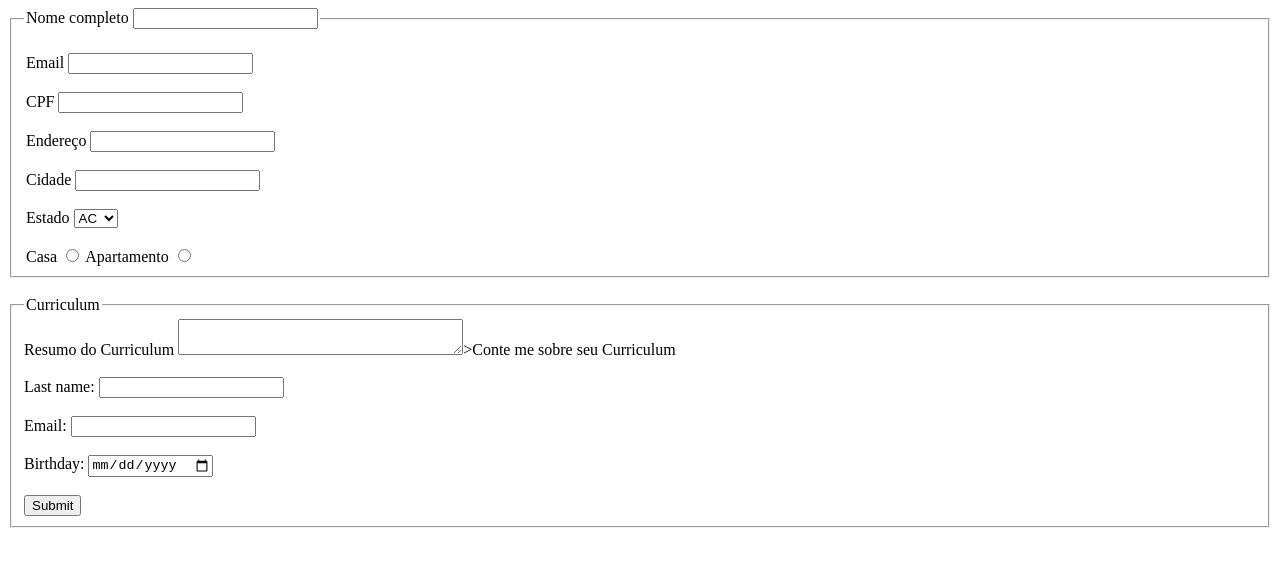
Repository: Parker9309/-trybe-exercises
Page: exercises/exercises-bloco6/html-e-css-forms-flexbox-e-responsivo_1/index.html
An editor plug-in stored every save of this project. The page is shown before and after a run of saves, followed by the edit.
The browser window is 1280 px wide. The pictures show the whole page.

Above is the page before, as saved 2021-03-16 20:21:25.

### exercises/exercises-bloco6/html-e-css-forms-flexbox-e-responsivo_1/index.html
<!DOCTYPE html>
<html lang="pt-br">
<head>
  <meta charset="UTF-8">
  <meta http-equiv="X-UA-Compatible" content="IE=edge">
  <meta name="viewport" content="width=device-width, initial-scale=1.0">
  <title>Document</title>
</head>
<body>
  <form>
    <div id="forms">
    <fieldset>
      <legend>
        <label form="nome"> Nome completo
          <input type = "text" name="nome" id="nome" maxlength="40" required>
        </label>
      </legend>

  <br>

    <legend>
      <label form="mail"> Email
        <input type = "text" name="nome" id="mail" maxlength="50" required>
      </label>
    </legend>

  <br>

    <legend>
      <label form="cpf"> CPF
        <input type = "text" name="nome" id="cpf" maxlength="11" required>
      </label>
    </legend>

<br>

  <legend>
    <label form="nome"> Endereço
      <input type = "text" name="nome" id="endereço" maxlength="200" required>
    </label>
  </legend>

<br>

  <legend>
    <label form="nome"> Cidade
      <input type = "text" name="nome" id="city" maxlength="28" required>
    </label>
  </legend>

<br>

  <legend>
    <label form="nome"> Estado
      <select name="nome" id="estados" required>
    </label>
  </legend>

<br>

  <legend>
    <label form="nome"> Estado
      <select name="nome" id="estados" required>
    </label>
  </legend>

<br>

  <legend>
      <label form="nome">Casa</label>
      <input type="radio" name="nome" id="Moradia" required>
      <label form="nome">Apartamento</label>
      <input type="radio" name="nome" id="Moradia" required>
  </legend>
</fieldset>
<br>
<fieldset>
  <legend>Curriculum</legend>
  <label for="fname">Resumo do Curriculum</label>
  <textarea type="text" id="fname" name="fname" ows="5" cols="33"></textarea>>Conte me sobre seu Curriculum
   </textarea><br><br>
  <label for="lname">Last name:</label>
  <input type="text" id="lname" name="lname"><br><br>
  <label for="email">Email:</label>
  <input type="email" id="email" name="email"><br><br>
  <label for="birthday">Birthday:</label>
  <input type="date" id="birthday" name="birthday"><br><br>
  <input type="submit" value="Submit">
</fieldset>
</div>
</form>
<script src = "script.js"></script>
</body>
</html>

### exercises/exercises-bloco6/html-e-css-forms-flexbox-e-responsivo_1/script.js
let opcoes = document.getElementById('estados');
function criarOpcoes() {
  let estadosBr = ['AC', 'AL', 'AP','AM', 'BA','CE', 'DF',
  'ES', 'GO', 'MA', 'MT', 'MS', 'MG', 'PA', 'PB', 'PR','PE', 'PI', 'RJ', 'RN', 'RS', 'RO', 'RR', 'SC', 'SP', 'SE', 'TO'];
  for (let stateIndex = 0; stateIndex < estadosBr.length; stateIndex += 1) {
    let opcao = document.createElement('option');
    opcao.value = estadosBr[stateIndex].toLowerCase();
    opcao.id = 'estados';
    opcao.innerHTML = estadosBr[stateIndex];
    opcoes.appendChild(opcao);
  }
}
criarOpcoes()

After the next 2 saves:
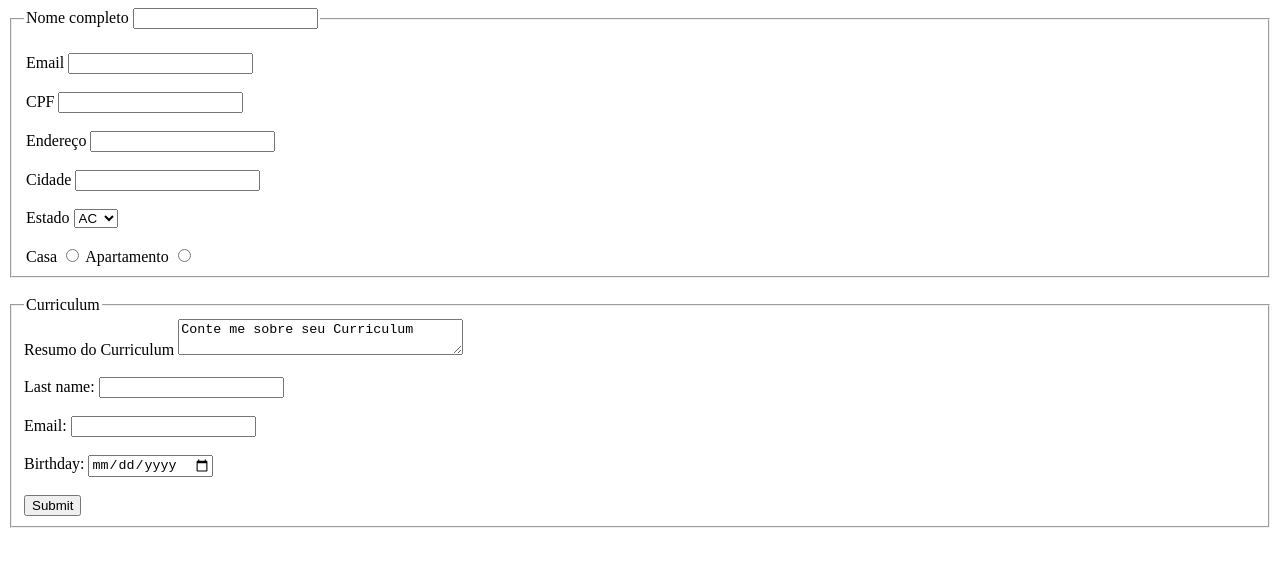
The 2 saves are shown as one change because they came seconds apart.
The last was saved 9 s later.
--- a/exercises/exercises-bloco6/html-e-css-forms-flexbox-e-responsivo_1/index.html
+++ b/exercises/exercises-bloco6/html-e-css-forms-flexbox-e-responsivo_1/index.html
@@ -77,7 +77,7 @@
 <fieldset>
   <legend>Curriculum</legend>
   <label for="fname">Resumo do Curriculum</label>
-  <textarea type="text" id="fname" name="fname" ows="5" cols="33"></textarea>>Conte me sobre seu Curriculum
+  <textarea type="text" id="fname" name="fname" ows="5" cols="33">Conte me sobre seu Curriculum
    </textarea><br><br>
   <label for="lname">Last name:</label>
   <input type="text" id="lname" name="lname"><br><br>
